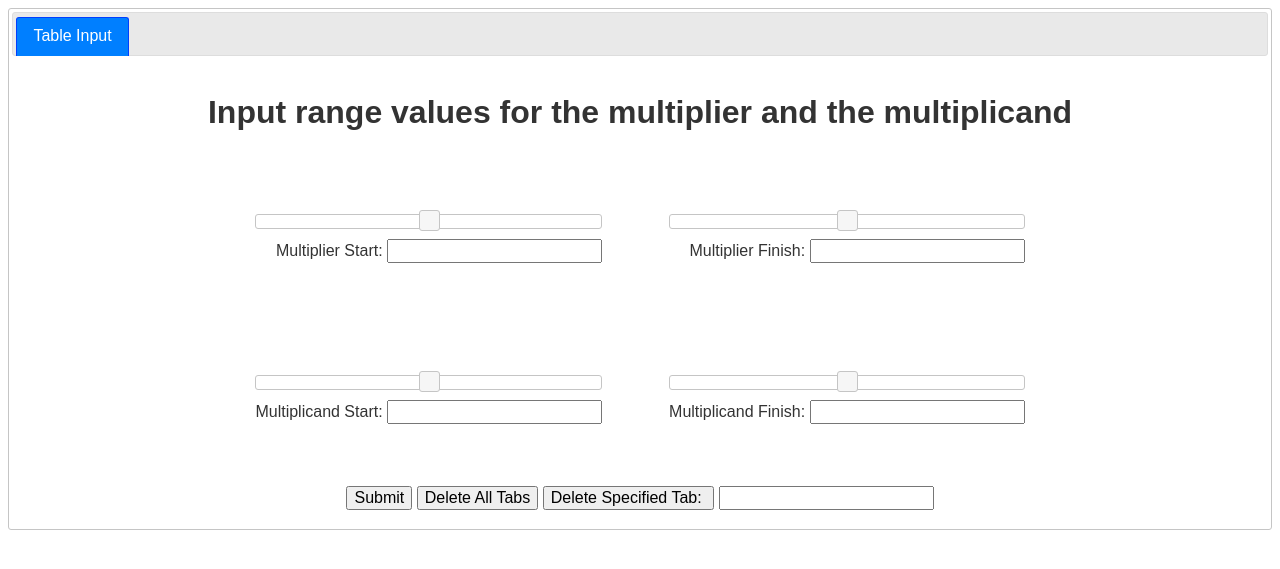
Repository: khrasna/HW4Part2
Page: index.html
An editor plug-in stored every save of this project. The page is shown before and after the next save, followed by the edit.
The browser window is 1280 px wide. The pictures show the whole page.
Some web libraries are served in a nearby version.

Above is the page before, as saved 2021-11-20 13:27:35.

### index.html
<!-- HTML file for Assignment 3
By Karsten Hrasna  email Karsten_Hrasna@student.uml.edu-->
<!DOCTYPE html>
<html>

<head>
    <title>Multiplication Table</title>
    <link rel="stylesheet" href="style.css">
    <script type="text/javascript" src="https://ajax.googleapis.com/ajax/libs/jquery/3.5.1/jquery.min.js"></script>
    <script type="text/javascript" src="dist/jquery.validate.min.js"></script>
    <script type="text/javascript" src="formvalidate.js"></script>
    <script type="text/javascript"
        src="https://ajax.googleapis.com/ajax/libs/jqueryui/1.11.4/jquery-ui.min.js"></script>
    <link rel="stylesheet" href="https://ajax.googleapis.com/ajax/libs/jqueryui/1.11.4/themes/smoothness/jquery-ui.css">
</head>

<body>

    <div id="tabs">
        <ul>
            <li><a href='#tab1'>Table Input</a></li>
        </ul>
        <div id="tab1">
            <h1>Input range values for the multiplier and the multiplicand</h1>
            <!-- Learned from W3schools. Creates a form which takes number ranges for multiplier and multiplicand. -->
            <form id="FormInput" action="javascript:void(0);" method="get">
                <!--Learned about javascript:void(0) from Dutchie432 at https://stackoverflow.com/questions/1818249/form-with-no-action-and-where-enter-does-not-reload-page-->
                <table>
                    <tr>

                        <td class="pad">
                            <div id="slider-1"></div>
                            Multiplier Start: <input input="text" name="MultiplierStart">
                        </td>

                        <td>
                            <div id="slider-2"></div>
                            Multiplier Finish: <input type="text" name="MultiplierFinish">
                        </td>
                    </tr>
                    <tr>
                        <td class="pad">
                            <div id="slider-3"></div>
                            Multiplicand Start: <input type="text" name="MultiplicandStart">
                        </td>

                        <td>
                            <div id="slider-4"></div>
                            Multiplicand Finish: <input type="text" name="MultiplicandFinish">
                        </td>
                    </tr>
                </table>
                <input type="submit" value="Submit">
                <input type="button" name="clear" value="Delete All Tabs">
                <input type="button" name="clearx" value="Delete Specified Tab: ">
                <input type="text" name="clearinput">
                <!--goes directly under form and processes the input to create a mult table-->
            </form>
        </div>
    </div>


</body>

</html>

### style.css
/*Created by Karsten Hrasna. email: Karsten_Hrasna@student.uml.edu*/
html,
body {
    height: 97%;
    text-align: center;
}

#slider-1,
#slider-2,
#slider-3,
#slider-4 {
    margin-bottom: 10px;
    margin-top: 10px;
}

div#tab1 {
    display: grid;
    grid-template-columns: 100%;
    /* top row of grid holds the form for input, the rest of page holds the multiplication table*/
    grid-template-rows: auto;
    height: 97%;

}

#multTable {
    margin: auto;
    border-collapse: separate;
    border-spacing: 0;
    /*the dynamically sized multiplication table */
    margin-top: 0px;
    border-bottom: 0px;

}

input[type=submit] {
    /* submit button under form spaced here */
    margin-top: 10px;
    margin-bottom: 0px;
}

#multTable td,
th {
    border: solid;
    border-color: black;
    min-width: 70px;
    font-size: 30px;
    height: 70px;
}


#multTable th {
    position: sticky;
    top: 0px;
    border-right: solid;
    border-right-color: white;
    border-bottom: solid;
    border-bottom-color: white;
    background-color: black;
    color: white;

}

#multTable th:first-child {
    position: sticky;
    top: 70px;
    left: 0;
}


.sticky {
    position: fixed;
    top: 0px;
    /* get the headers to stay fixed on mult table */
    width: 100%;
}

#multTable tr:first-child th:first-child {
    border: none;
    background-color: white;
}

#multTable p.inputError {
    margin: 0px;
}

form {
    margin-bottom: 0px;
}

table {
    margin-left: auto;
    margin-right: auto;
}

form td {
    text-align: right;
    justify-content: right;
    padding: 50px;
    /*line up the input form textboxes*/
}

form p {
    margin: 0px;
}

td.pad {
    padding-right: 15px;
}

### formvalidate.js
var tabs;

$(function () {
    $("#tabs").tabs();

    $("#slider-1").slider({
        min: -50,                       //initialize the four sliders to set the values of their respective input boxes
        max: 50,
        slide: function (event, ui) {
            $('input[name="MultiplierStart"]').val(ui.value);
        }
    });
    $("#slider-2").slider({
        min: -50,
        max: 50,
        slide: function (event, ui) {
            $('input[name="MultiplierFinish"]').val(ui.value);
        }
    });
    $("#slider-3").slider({
        min: -50,
        max: 50,
        slide: function (event, ui) {
            $('input[name="MultiplicandStart"]').val(ui.value);
        }
    });
    $("#slider-4").slider({
        min: -50,
        max: 50,
        slide: function (event, ui) {
            $('input[name="MultiplicandFinish"]').val(ui.value);
        }
    });

    $('input[name="MultiplierStart"]').on('keyup', function () { //if the input boxes values are changed, set the slider to that value
        $("#slider-1").slider("option", "value", $('input[name="MultiplierStart"]').val());
    });

    $('input[name="MultiplierFinish"]').on('keyup', function () {
        $("#slider-2").slider("option", "value", $('input[name="MultiplierFinish"]').val());
    });

    $('input[name="MultiplicandStart"]').on('keyup', function () {
        $("#slider-3").slider("option", "value", $('input[name="MultiplicandStart"]').val());
    });

    $('input[name="MultiplicandFinish"]').on('keyup', function () {
        $("#slider-4").slider("option", "value", $('input[name="MultiplicandFinish"]').val());
    });


    $.validator.addMethod("less", function (value, element, params) {
        if (params[0].value == "") {
            return true; // dont want it to say that the start has to be greater than finish if no finish given. instead it will say to give finish value in other error
        } else {
            return this.optional(element) || +value <= +params[0].value;

        } //checks to make sure that the starts are less than the finishes, learned from
    });                                                           // https://jqueryvalidation.org/jQuery.validator.addMethod/

    $.validator.addMethod("checkval", function (value, element) {
        if (value == "") {
            return true; // dont want it to say that the start has to be greater than finish if no finish given. instead it will say to give finish value in other error
        } else {
            return this.optional(element) || +value > 1;

        } //checks to make sure that the starts are less than the finishes, learned from
    });

    $('input[value="Submit"]').on("click", function () {

        $("#FormInput").validate({
            onkeyup: false,     //this makes it so the validator doesnt update the error messages whenever new input is typed. only validates when submit is hit.
            onfocusout: false,  //learned about onkeyup, and onfocusout at https://www.sitepoint.com/jquery-validation-validate-form-submit/
            rules: {
                MultiplierStart: {
                    range: [-50, 50],
                    less: $('input[name="MultiplierFinish"]'),
                    required: true

                },
                MultiplierFinish: {
                    required: true,
                    range: [-50, 50]
                },

                MultiplicandStart: {
                    range: [-50, 50],
                    less: $('input[name="MultiplicandFinish"]'),
                    required: true
                },

                MultiplicandFinish: {
                    range: [-50, 50],
                    required: true
                }
            },

            messages: {
                MultiplierStart: {
                    required: "Multiplier Start must be a digit between -50 and 50",
                    range: "The range of Multiplier Start must stay within -50 and 50 and only contain numerical digits",
                    less: "The value of Multiplier Start must be less than or equal to Multiplier Finish."
                },

                MultiplierFinish: {
                    required: "Multiplier Finish must be a digit between -50 and 50",
                    range: "The range of Multiplier Finish must stay within -50 and 50 and only contain numerical digits",
                },

                MultiplicandStart: {
                    required: "Multiplicand Start must be a digit between -50 and 50",
                    range: "The range of Multiplicand Start must stay within -50 and 50 and only contain numerical digits",
                    less: "The value of Multiplicand Start must be less than or equal to Multiplicand Finish."
                },

                MultiplicandFinish: {
                    required: "Multiplicand Finish must be a digit between -50 and 50",
                    range: "The range of Multiplicand Finish must stay within -50 and 50 and only contain numerical digits",
                }


            },

            errorPlacement: function (error, element) {
                $(error).appendTo($(('#FormInput')));
            },
            errorElement: "p"

        });

        if ($("#FormInput").valid()) {
            process();
        }

    });

    $('input[name="clear"]').on("click", function () {
        for (var i = 2; i <= tabs; i++) {
            $("#tabs").find("li:not(:first)").remove();
            $("#tabs").tabs('refresh');
        }
        tabs = 1;
    });

    $('input[name="clearx"]').on("click", function () {
        $('input[name="clearinput"]').rules('remove');
        $('input[name="clearinput"]').rules('add', {
            digits: true,
            range: [2, tabs],
            checkval: true,

            messages: {
            digits: "Please make your specified tab to be deleted contain only numbers within the indicated range.",
            range: "Please choose a tab between 2 and " + tabs,
            checkval: "Please enter a tab value which is greater than 1."
            }
        });

        if ($("#FormInput").valid()) {
            var removetab = $('input[name="clearinput"]').val();
            $("#tabs").find("li:nth-child(" + removetab + ")").remove();
            $("#tabs").tabs('refresh');
        }

    })
    if (tabs > 1) {
        tabs--;
    }
});

function process() {
    var multStart = $('input[name="MultiplierStart"]').val();
    var multFinish = $('input[name="MultiplierFinish"]').val();
    var multiplicandStart = $('input[name="MultiplicandStart"]').val();
    var multiplicandFinish = $('input[name="MultiplicandFinish"]').val();

     //clear old table and create a table with size based on input given
    const rowVals = [];
    const colVals = []; //these will hold the values of the multiplier and multiplicand
    var rows = multFinish - multStart;
    var cols = multiplicandFinish - multiplicandStart;
    tabs = $("#tabs ul li").length + 1; //number of tabs, learned from https://stackoverflow.com/questions/14702631/in-jquery-ui-1-9-how-do-you-create-new-tabs-dynamically
    for (var i = 0; i <= cols; i++) {
        colVals[i] = (+multiplicandStart + +i); //save the values of the numbers being multiplied
    }
    for (var i = 0; i <= rows; i++) {
        rowVals[i] = (+multStart + +i);
    }
    var table = createTable(rows, cols, rowVals, colVals); //create table based on total rows and cols, and top and left are the sets of multipliers and multiplicands
    table.id = "multTable";
    //adds list item to tab list with parameters as title
    $("#tabs ul").append("<li><a href='#tab" + tabs + "'>" + multStart + " " + multFinish + " " + multiplicandStart + " " + multiplicandFinish + "</a></li>");
    $("#tabs").append("<div id='tab" + tabs + "'></div>"); //also learned from https://stackoverflow.com/questions/14702631/in-jquery-ui-1-9-how-do-you-create-new-tabs-dynamically
    $("#tab" + tabs).append(table); //adds the table to a new tab
    $("#tabs").tabs("refresh");

}

function createTable(rows, cols, rowVals, colVals) {
    var t = document.createElement('table');
    for (var x = 0; x <= rows + 1; x++) { // rows and cols + 1 to indicate ranges of numbers
        var r = document.createElement('tr');
        t.appendChild(r);
        for (var y = 0; y <= cols + 1; y++) {   //creates the cols of the table row by row
            if (y == 0) {
                var c = document.createElement('th'); //create and insert element based on position in table
                c.id = "topHeader";
                if (x != 0) {
                    c.innerHTML = rowVals[x - 1]; // - 1 because it is moved over 1 to the right
                }
            } else if (x == 0) {
                var c = document.createElement('th');
                if (y != 0) {
                    c.innerHTML = colVals[y - 1];
                }
            } else {
                var c = document.createElement('td');
                c.innerHTML = rowVals[x - 1] * colVals[y - 1];
                if (((y % 2) + (x % 2)) == 0 || ((y % 2) + (x % 2)) == 2) { // checker board effect
                    c.style.backgroundColor = "gray";
                }
            }
            r.appendChild(c);
        }
    }
    return t;
}

Loaded but not shown: dist/jquery.validate.min.js (library)

After the next save:
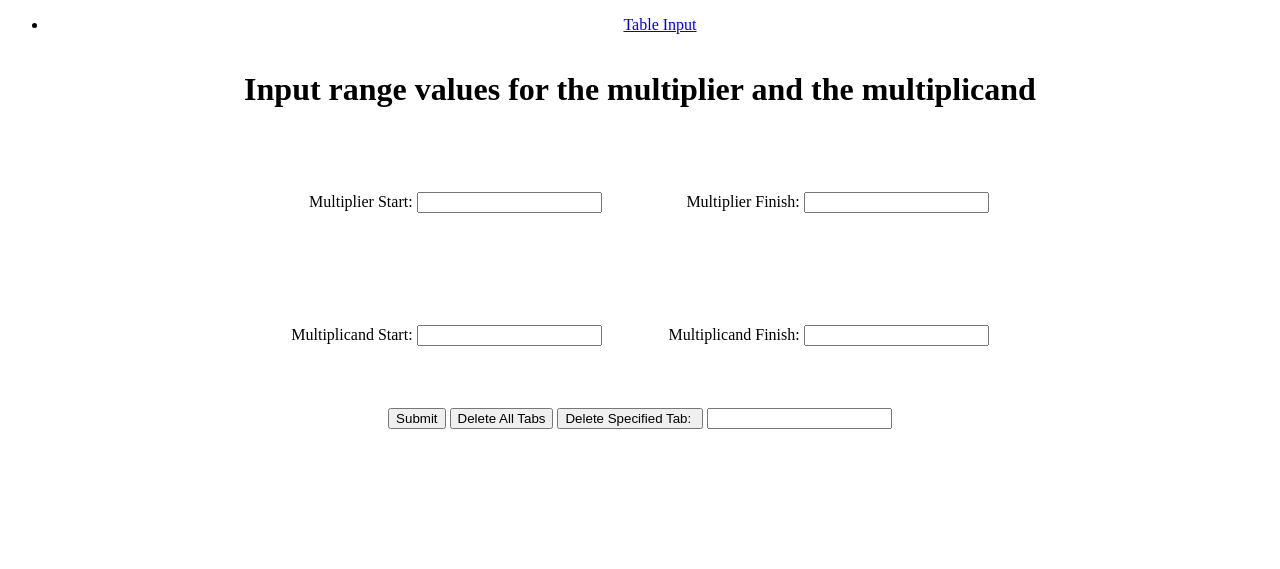
Console error: SyntaxError: Unexpected token ')'
Saved 52 s later.
--- a/formvalidate.js
+++ b/formvalidate.js
@@ -66,8 +66,6 @@ $(function () {
 
         } //checks to make sure that the starts are less than the finishes, learned from
     });
-
-    $('input[value="Submit"]').on("click", function () {
 
         $("#FormInput").validate({
             onkeyup: false,     //this makes it so the validator doesnt update the error messages whenever new input is typed. only validates when submit is hit.
@@ -133,7 +131,7 @@ $(function () {
             process();
         }
 
-    });
+    );
 
     $('input[name="clear"]').on("click", function () {
         for (var i = 2; i <= tabs; i++) {
